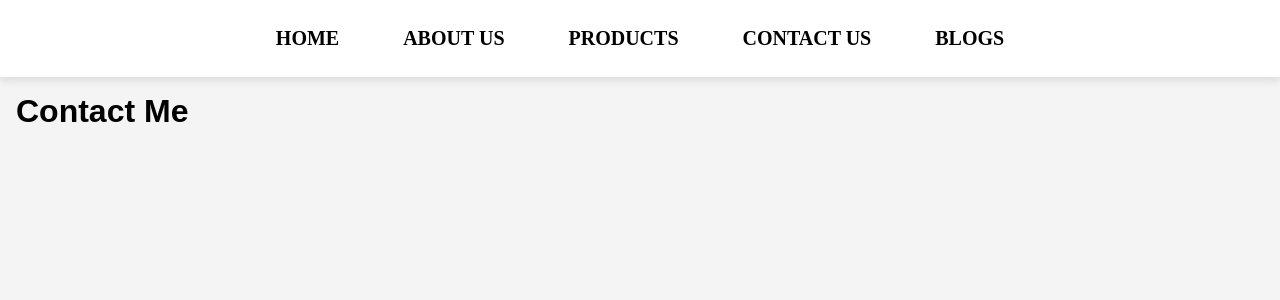
Repository: SharonSebastian32/ecommerce-web-using-react-framework
Page: /contact
An editor plug-in stored every save of this project. The page is shown before and after the next save, followed by the edit.
The browser window is 1280 px wide. The pictures show the whole page.
Some web fonts or font styles are not loaded; a fallback is used. The project was rebuilt for these pictures with package versions that can differ from the ones it lists, and the page was loaded fresh each time. Also part of the build but not shown: src/Style/homeStyle.css, src/pages/Home.jsx, src/pages/Blogs.jsx, src/pages/NoPage.jsx, src/pages/About.jsx, src/ProductPage/productCard.jsx, src/ProductPage/productPage.jsx, src/index.css.

Above is the page before, as saved 2024-07-02 11:28:06.

### src/App.jsx
import ReactDOM from "react-dom/client";
import { BrowserRouter, Routes, Route } from "react-router-dom";
import Layout from "./pages/Layout";
import Home from "./pages/Home";
import Blogs from "./pages/Blogs";
import Contact from "./pages/Contact";
import NoPage from "./pages/NoPage";
import About from "./pages/About";
import './Style/layout1.css';
import ProFunction from "./ProductPage/productPage";
import '../src/App.css'



export default function App() {
  return (
    <BrowserRouter>
      <Routes>
        <Route path="/" element={<Layout />}>
          <Route index element={<Home />} />
          <Route path="blogs" element={<Blogs />} />
          <Route path="contact" element={<Contact />} />
          <Route path="about" element={<About />} />
          <Route path="product" element={<ProFunction />} />
          <Route path="*" element={<NoPage />} />
        </Route>
      </Routes>
    </BrowserRouter>
  );
}

const root = ReactDOM.createRoot(document.getElementById('root'));
root.render(<App />);

### src/pages/Layout.jsx
import '../Style/layout1.css'
import { Outlet, Link } from "react-router-dom";

const Layout = () => {
  return (
    <>

      <nav>
        <ul>
        <li>
          <Link to="/">HOME</Link>
        </li>
        <li>
          <Link to="/about">ABOUT US</Link>
        </li>
        <li>
          <Link to="/product">PRODUCTS</Link>
        </li>
        <li>
          <Link to="/contact">CONTACT US</Link>
        </li>
        <li>
          <Link to="/blogs">BLOGS</Link>
        </li>
        </ul>
      </nav>

      <Outlet />
    </>
  )
};

export default Layout;

### src/pages/Contact.jsx
const Contact = () => {
  return <h1>Contact Me</h1>;
};

export default Contact;

### src/Style/layout1.css


@import url('https://fonts.googleapis.com/css2?family=Playwrite+IT+Moderna:wght@100..400&display=swap');
    body {
        margin: 0;
        padding: 0;
        background-color: #e0ebf0;
    }

    nav {
        background-color: #ffffff;
        box-shadow: 0 4px 8px rgba(0, 0, 0, 0.1);
    }

    nav ul {
        list-style: none;
        margin: 0;
        padding: 0;
        display: flex;
        justify-content: center;
    }

    nav ul li {
        margin: 0;
    }

    nav ul li a {
        color: rgb(0, 0, 0);
        text-decoration: none;
        padding: 1.7rem 2rem;
        display: block;
        transition: background-color 0.3s ease, transform 0.3s ease;
        font-size: 20px;
        font-weight: bold;
        font-family: Moderna;


    }

    nav ul li a:hover {
        color:rgb(74, 199, 25);
        transform: translateY(-2px);
    }

### src/App.css
 body{
  margin: 0;
  padding: 0;
 }

### src/Style/Products/productPage.css
.product-section {
    display: flex;
    flex-wrap: wrap;
    justify-content: center;
}

.product-card {
    width: 200px;
    height: 350px;
    background-color: rgb(255, 255, 255);
    margin: 10px;
    padding: 10px;
    border-radius: 7px;
    backdrop-filter: blur(7px);
    box-shadow: 0 0.4rem 0.8rem #0005;
    text-align: center;
    transition: transform 0.3s ease-in-out;
}

.product-card:hover {
    transform: translateY(-9px);
}

.product-card img {
    width: 85%;
    height: 91px;
    transition: transform 0.3s ease-in-out;
}

.product-card:hover img {
    transform: scale(1.1);
}

.buy-btn {
    margin-top: 10px;
    background-color: rgb(255, 110, 7);
    color: rgb(255, 255, 255);
    border-radius: 5px;
    height: 29px;
    width: 100px;
    border: none;
    text-align: center;
    transition: background-color 0.3s, transform 0.2s;
}

.buy-btn:hover {
    background-color: rgb(255, 85, 0);
    transform: scale(1.1);
    color: rgb(255, 255, 255);
}

.head1 {
    text-align: center;
    color: #000080;
}

body {
    margin: 0;
    padding: 0;
}

h1,
h2,
p {
    margin: 10px;
    padding: 6px;
}

body {
    font-family: Arial, sans-serif;
    background-color: #f4f4f4;
    padding: 20px;
}

.title {
    font-weight: bold;
    color: royalblue;
}

Loaded but not shown: index.html (common file); src/main.jsx (common file)

After the next save:
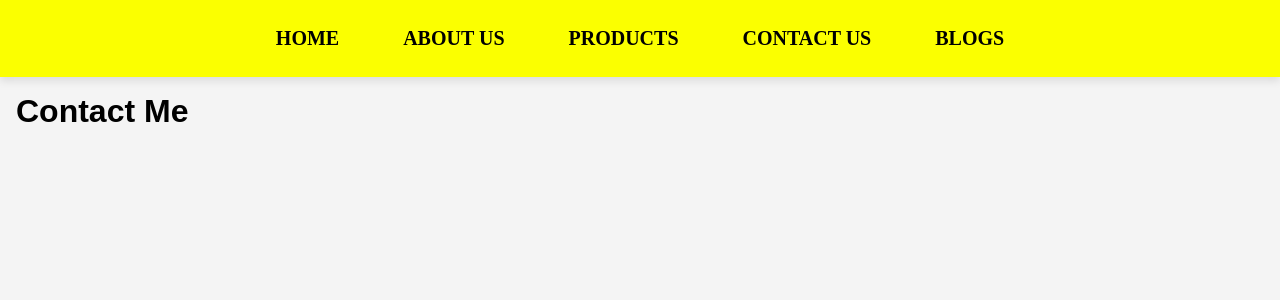
Saved 9 s later.
--- a/src/Style/layout1.css
+++ b/src/Style/layout1.css
@@ -8,7 +8,7 @@
     }
 
     nav {
-        background-color: #ffffff;
+        background-color: #fbff00;
         box-shadow: 0 4px 8px rgba(0, 0, 0, 0.1);
     }
 
